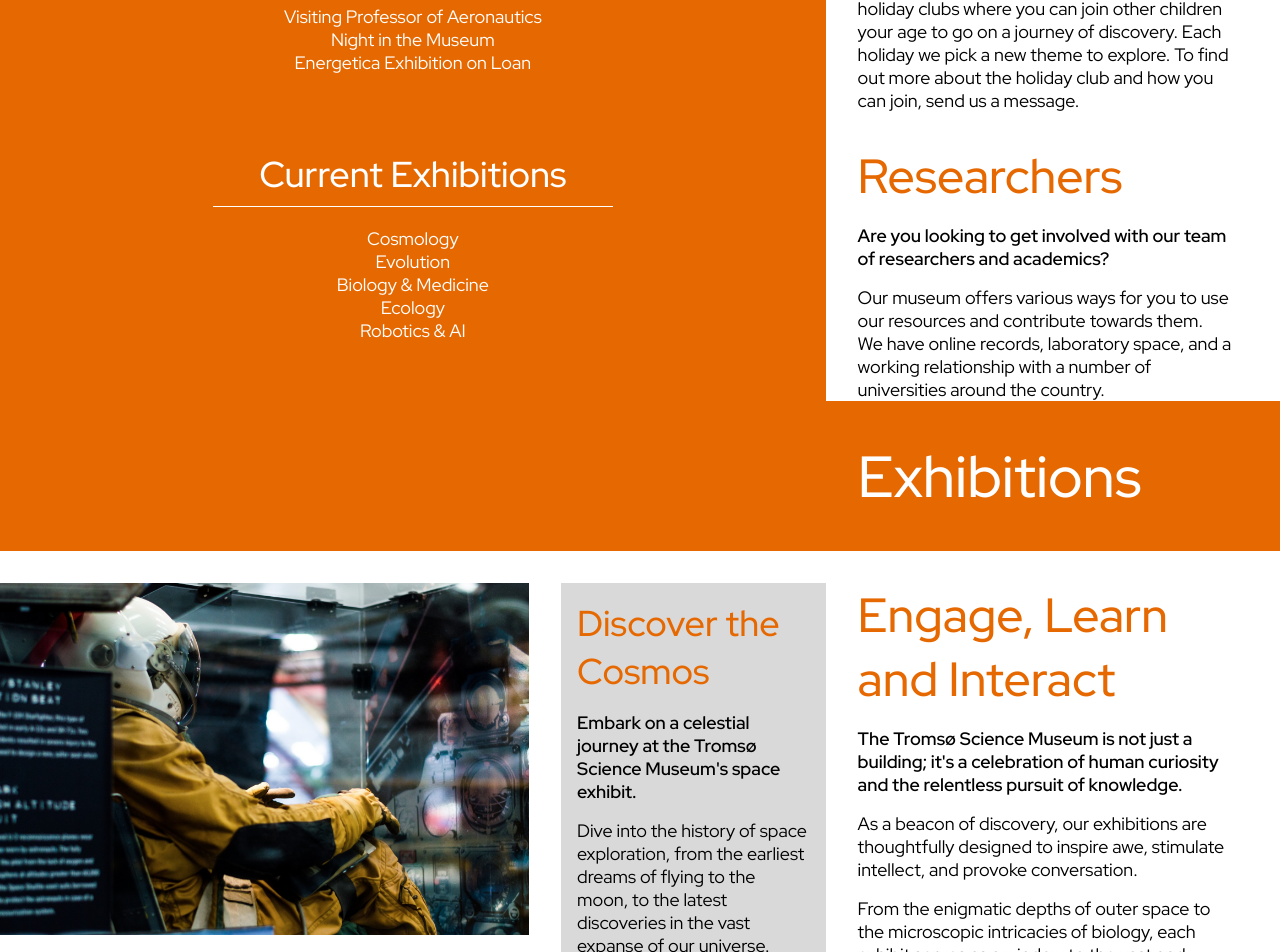
Repository: benjaminskarding/Semester-Project
Page: index.html
An editor plug-in stored every save of this project. The page is shown before and after a run of saves, followed by the edit.
The browser window is 1280 px wide. The pictures show the part of the page from y = 2832 to 3784 px (the page is 5279 px tall).
A picture or video elsewhere on the page could not be fetched, so the positions and the page height are approximate.

Above is the page before, as saved 2023-12-01 16:58:09.

After the next 2 saves:
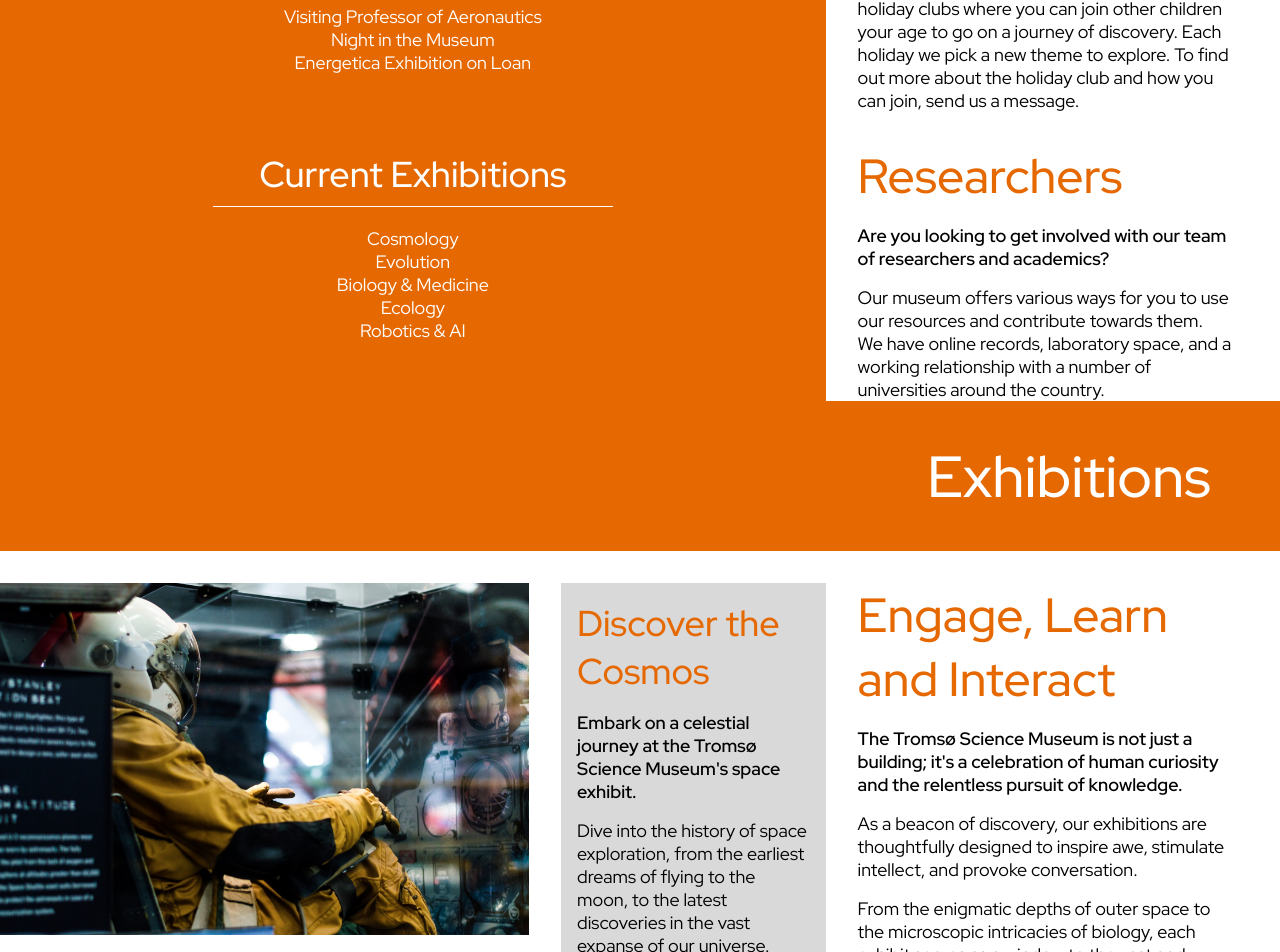
The 2 saves are shown as one change because they came seconds apart.
The last was saved 7 s later.
--- a/src/css/index.css
+++ b/src/css/index.css
@@ -172,7 +172,9 @@ h1:hover {
 .title-bar-right .medium {
     grid-column: 3;
     margin-left: 0rem;
-    align-items: center;
+    display: flex;
+    align-items: center;
+    justify-content: center;
 }
 
 .title-bar-center .medium {
